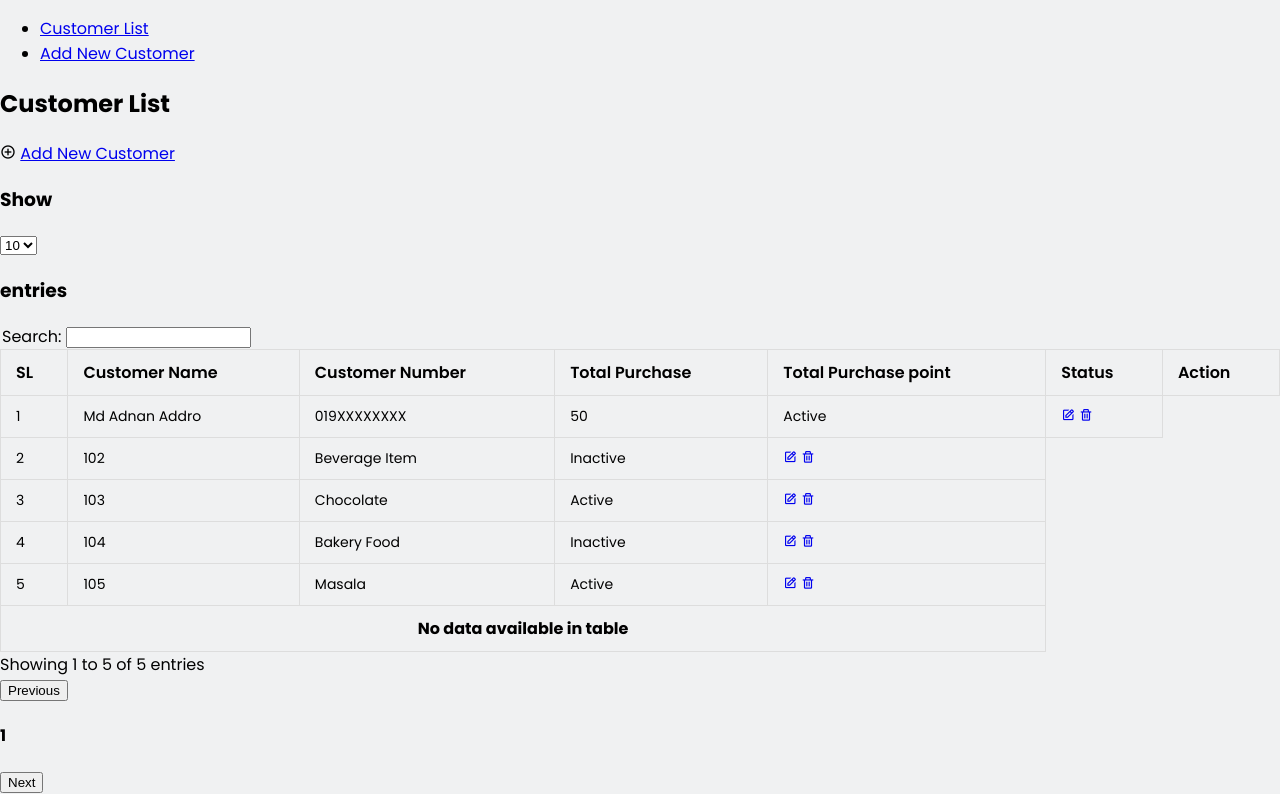
Repository: codebyaddro/customer-page
Page: customer.html
These files come from the project's save history. The page is drawn as it stood at one moment and after a run of saves; the edit follows.
The browser window is 1280 px wide. The pictures show the whole page.

Above is the page before, as saved 2025-02-20 14:00:39.

### customer.html
<!DOCTYPE html>
<html lang="en">
<head>
    <meta charset="UTF-8">
    <meta name="viewport" content="width=device-width, initial-scale=1.0">
    <!-- CSS -->
    <link rel="stylesheet" href="css/customer.css">
    <!-- Icons -->
    <link href='https://unpkg.com/boxicons@2.1.4/css/boxicons.min.css' rel='stylesheet'>
    <title>Customer - Page</title>
</head>
<body>
    <div class="cba-customer-container">
        <div class="cba-cusc-top-menus">
            <ul>
                <li><a href="/index.html" class="-cba-cusc-active-menu">Customer List</a></li>
                <li><a href="/inner-pages/html/anc.html" class="cba-cusc-light-up">Add New Customer</a></li>
            </ul>
        </div>
        <div class="cba-cusc-list-container">
            <div class="cba-cusc-heading-add-new-btn">
                <div class="cba-cusc-heading">
                    <h2>Customer List</h2>
                </div>
                <div class="cba-cusc-add-new-btn">
                    <i class='cba-cusc-add-icon bx bx-plus-circle'></i>
                    <a href="/inner-pages/html/anc.html">Add New Customer</a>
                </div>
            </div>
            <div class="cba-cusc-list-short-dpdwn-search-box">
                <div class="cba-cusc-list-short-dpdwn">
                    <h3>Show</h3>
                    <select name="10" id="">
                        <option value="">10</option>
                        <option value="">20</option>
                        <option value="">30</option>
                        <option value="">All</option>
                    </select>
                    <h3>entries</h3>
                </div>
                <div class="cba-cusc-search-box">
                    <legend>Search: <input type="text"></legend>
                </div>
            </div>
            <div class="cba-cusc-table-list">
                <table>
                    <thead>
                        <tr>
                            <th title="SL">SL</th>
                            <th title="Code">Customer Name</th>
                            <th title="Category Name">Customer Number</th>
                            <th title="Status">Total Purchase</th>
                            <th title="Status">Total Purchase point</th>
                            <th title="Status">Status</th>
                            <th title="Action">Action</th>
                        </tr>
                    </thead>
                    <tbody>
                        <tr>
                            <td>1</td>
                            <td>Md Adnan Addro</td>
                            <td>019XXXXXXXX</td>
                            <td>50</td>
                            <td><span class="cba-cusc-active">Active</span></td>
                            <td>
                                <a title="Edit" href="#"><i class='cba-cusc-edit-icon bx bx-edit'></i></a>
                                <a title="Delete" href="#"><i class='cba-cusc-delete-icon bx bx-trash'></i></a>
                            </td>
                        </tr>
                        <tr>
                            <td>2</td>
                            <td>102</td>
                            <td>Beverage Item</td>
                            <td><span class="cba-cusc-inactive">Inactive</span></td>
                            <td>
                                <a title="Edit" href="#"><i class='cba-cusc-edit-icon bx bx-edit'></i></a>
                                <a title="Delete" href="#"><i class='cba-cusc-delete-icon bx bx-trash'></i></a>
                            </td>
                        </tr>
                        <tr>
                            <td>3</td>
                            <td>103</td>
                            <td>Chocolate</td>
                            <td><span class="cba-cusc-active">Active</span></td>
                            <td>
                                <a title="Edit" href="#"><i class='cba-cusc-edit-icon bx bx-edit'></i></a>
                                <a title="Delete" href="#"><i class='cba-cusc-delete-icon bx bx-trash'></i></a>
                            </td>
                        </tr>
                        <tr>
                            <td>4</td>
                            <td>104</td>
                            <td>Bakery Food</td>
                            <td><span class="cba-cusc-inactive">Inactive</span></td>
                            <td>
                                <a title="Edit" href="#"><i class='cba-cusc-edit-icon bx bx-edit'></i></a>
                                <a title="Delete" href="#"><i class='cba-cusc-delete-icon bx bx-trash'></i></a>
                            </td>
                        </tr>
                        <tr>
                            <td>5</td>
                            <td>105</td>
                            <td>Masala</td>
                            <td><span class="cba-cusc-active">Active</span></td>
                            <td>
                                <a title="Edit" href="#"><i class='cba-cusc-edit-icon bx bx-edit'></i></a>
                                <a title="Delete" href="#"><i class='cba-cusc-delete-icon bx bx-trash'></i></a>
                            </td>
                        </tr>
                        <tr class="cba-cusc-no-data-available">
                            <th colspan="5">No data available in table</th>
                        </tr>
                    </tbody>
                </table>
            </div>
            <div class="cba-cusc-entries-details-list-page-btn">
                <div class="cba-cusc-entries-details">
                    Showing <span>1</span> to <span>5</span> of <span>5</span> entries
                </div>
                <div class="cba-cusc-list-page-btn">
                    <button>Previous</button>
                    <h4><span>1</span></h4>
                    <button>Next</button>
                </div>
            </div>
        </div>
    </div>
</body>
</html>

### css/customer.css
/* -- fonts -- */
@import url('https://fonts.googleapis.com/css2?family=Poppins:ital,wght@0,100;0,200;0,300;0,400;0,500;0,600;0,700;0,800;0,900;1,100;1,200;1,300;1,400;1,500;1,600;1,700;1,800;1,900&family=Raleway:ital,wght@0,100..900;1,100..900&family=Roboto:ital,wght@0,100;0,300;0,400;0,500;0,700;0,900;1,100;1,300;1,400;1,500;1,700;1,900&family=VT323&display=swap');

/* -- root -- */

:root {
    --gray-white: #F0F1F2; /* For body*/
    --white: #FFFFFF;
    --black: #000000;
    --gray-black: #DDDDDD;
    --light-black: #212523;
    --light-black-op: #21252350;
    --main-green: #157343;
    --main-light: #37A000;
    --light-orange: #FD7E14;
    --green: #008000;
    --light-green: #e9f6ec;
    --red: #FF0000;
    --light-red: #fbeaec;
}

/* ---------- */

* {
    box-sizing: border-box;
}

body {
    margin: 0;
    padding: 0;
    font-family: "Poppins", serif;
    background-color: var(--gray-white);
}

::selection {
    color: var(--white);
    background-color: var(--main-light);
}

/* -- category container style -- */

.category-container {
    width: 100%;
    margin-top: 25px;
}

/* -- top menus style--  */

.top-menus {
    background-color: var(--white);
    display: flex;
    justify-content: left;
    align-items: center;
    height: 60px;
    margin-bottom: 15px;
}

.top-menus ul {
    list-style-type: none;
    display: flex;
    gap: 30px;
    margin-left: -20px;
}

.top-menus ul li a {
    text-decoration: none;
    color: var(--black);
    font-size: 15px;
    font-weight: 500;
}

/* -- active menu style -- */

.active-menu {
    color: var(--white)!important;
    background-color: var(--main-green);
    padding: 8px 12px;
    border-radius: 5px;
}

/* -- menu hover style -- */

.light-up:hover {
    color: var(--light-orange);
}

/* -- list container style -- */

.list-container {
    background-color: var(--white);
    padding: 0px 20px;
}

/* -- heading-add-new-btn style -- */

.heading-add-new-btn {
    display: flex;
    justify-content: space-between;
    align-items: center;
    border-bottom: 1px solid var(--gray-black) ;
}

.heading h2 {
    color: var(--light-black);
    font-size: 25px;
    font-weight: 500;
}

/* -- add-new-btn style -- */

.add-new-btn {
    display: flex;
    gap: 5px;
    justify-content: baseline;
    align-items: center;
}

.add-new-btn {
    background-color: var(--main-green);
    padding: 5px 10px;
    border-radius: 5px;
}

.add-new-btn a {
    color: var(--white);
    text-decoration: none;
}

.add-icon {
    color: var(--white);
    font-size: 20px;
}

/* -- list-short-dpdwn-search-box style -- */

.list-short-dpdwn-search-box {
    display: flex;
    justify-content: space-between;
    align-items: center;
    padding: 10px 0px;
}

/* -- list-short-dpdwn style -- */

.list-short-dpdwn {
    display: flex;
    gap: 7.5px;
    align-items: center;
}

.list-short-dpdwn h3 {
    color: var(--light-black);
    font-size: 15px;
    font-weight: 500;
}

.list-short-dpdwn select {
    color: var(--light-black);
    appearance: none;
    height: 25px;
    width: 30px;
    padding-left: 6px;
    outline: none;
    border-radius: 2.5px;
}

/* -- search-box style -- */

.search-box {
    display: flex;
    align-items: center;
}

.search-box legend {
    color: var(--light-black);
}

.search-box input {
    outline: none;
    height: 25px;
    width: 193px;
    border: 1px solid var(--gray-black);
}

/* -- table-list style --*/

table {
    border-collapse: collapse;
    width: 100%;
}

@media (max-width: 768px) {
    table {
        width: 100%;
        padding: 0rem;
        display: block;
        overflow-x: scroll;
        overflow-y: hidden;
        scrollbar-width: thin;
        scrollbar-color: var(--black);
    }
}

/* -- thead style -- */

thead {
    cursor: pointer;
}

th, td {
    border: 1px solid var(--gray-black);
    padding: 10px 15px;
}

thead tr th {
    font-size: 1rem;
    font-weight: 600;
    text-align: left;
}

tbody tr td {
    font-size: 0.875rem;
}

tbody tr:hover {
    background-color: var(--gray-white);
}

/* -- tbody style -- */

/* status style */

.active {
    color: var(--green);
    background-color: var(--light-green);
    font-size: 12px;
    font-weight: 500;
    padding: 2.5px 7.5px;
    border-radius: 5px;
}

.inactive {
    color: var(--red);
    background-color: var(--light-red);
    font-size: 12px;
    font-weight: 500;
    padding: 2.5px 7.5px;
    border-radius: 5px;
}

/* -- action style -- */

.edit-icon {
    color: var(--green);
    background-color: var(--light-green);
    padding: 7px 7px;
    margin-right: 2.5px;
    border: 1px solid var(--green);
    font-size: 20px;
}

.edit-icon:hover {
    background-color: var(--light-black-op);
}

.delete-icon {
    color: var(--red);
    background-color: var(--light-red);
    padding: 7px 7px;
    margin-left: 2.5px;
    border: 1px solid var(--red);
    font-size: 20px;
}

.delete-icon:hover {
    background-color: var(--light-black-op);
}

/* -- no data style */

.no-data-available th {
    font-size: 14px;
    font-weight:500;
    color: var(--black);
    background-color: var(--gray-white);
}

/* -- entries-details-list-page-btn style -- */

.entries-details-list-page-btn {
    display: flex;
    justify-content: space-between;
    align-items: center;
    padding: 10px 0px;
}

.entries-details {
    color: var(--black);
    font-size: 15px;
}

.list-page-btn {
    display: flex;
    gap: 5px;
    align-items: center;
}

.list-page-btn button {
    color: var(--light-black);
    background-color: var(--gray-white);
    padding: 8px 14px;
    border: none;
    border-radius: 5px;
    cursor: pointer;
}

.list-page-btn h4 {
    color: var(--white);
    background-color: var(--main-light);
    font-size: 15px;
    font-weight: 400;
    padding: 3px 12px;
    border-radius: 5px;
}

After the next 4 saves:
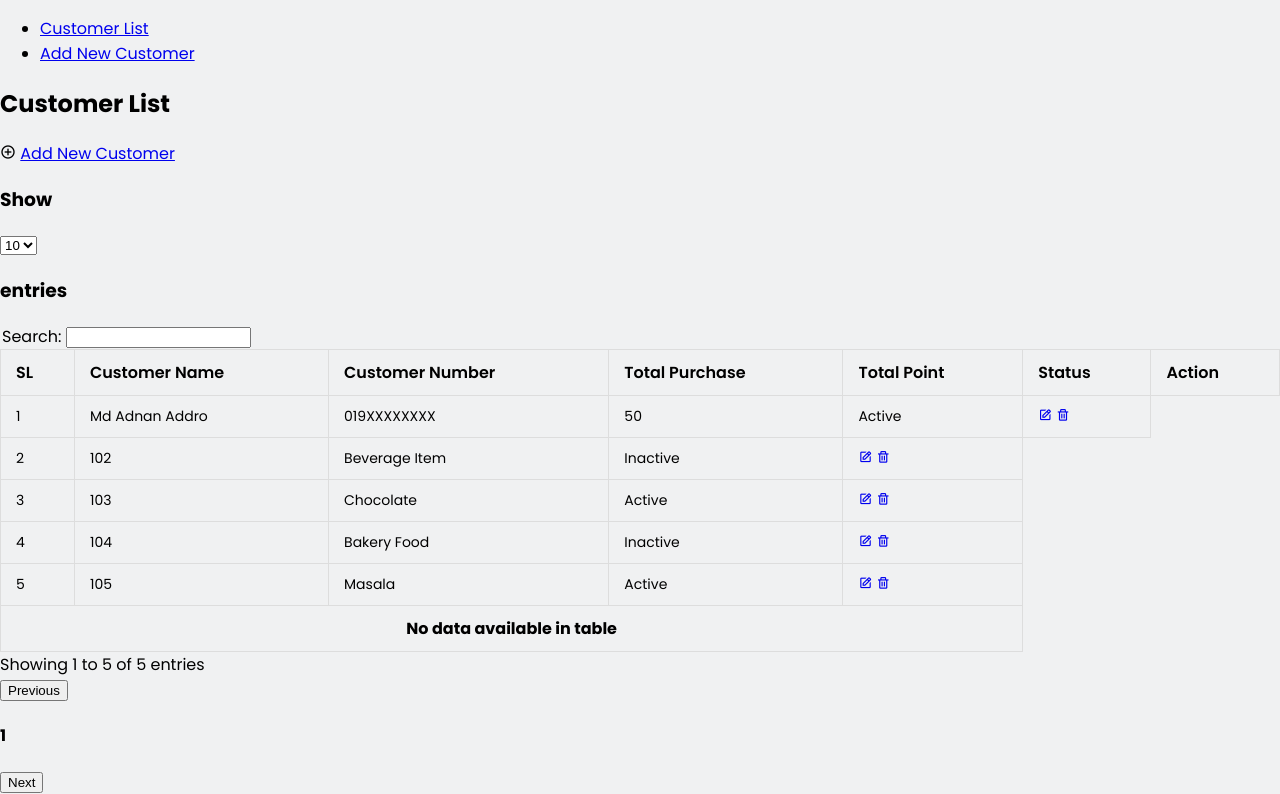
The 4 saves are shown as one change because they came seconds apart.
The last was saved 16 s later.
--- a/customer.html
+++ b/customer.html
@@ -50,7 +50,7 @@
                             <th title="Code">Customer Name</th>
                             <th title="Category Name">Customer Number</th>
                             <th title="Status">Total Purchase</th>
-                            <th title="Status">Total Purchase point</th>
+                            <th title="Status">Total Point</th>
                             <th title="Status">Status</th>
                             <th title="Action">Action</th>
                         </tr>
